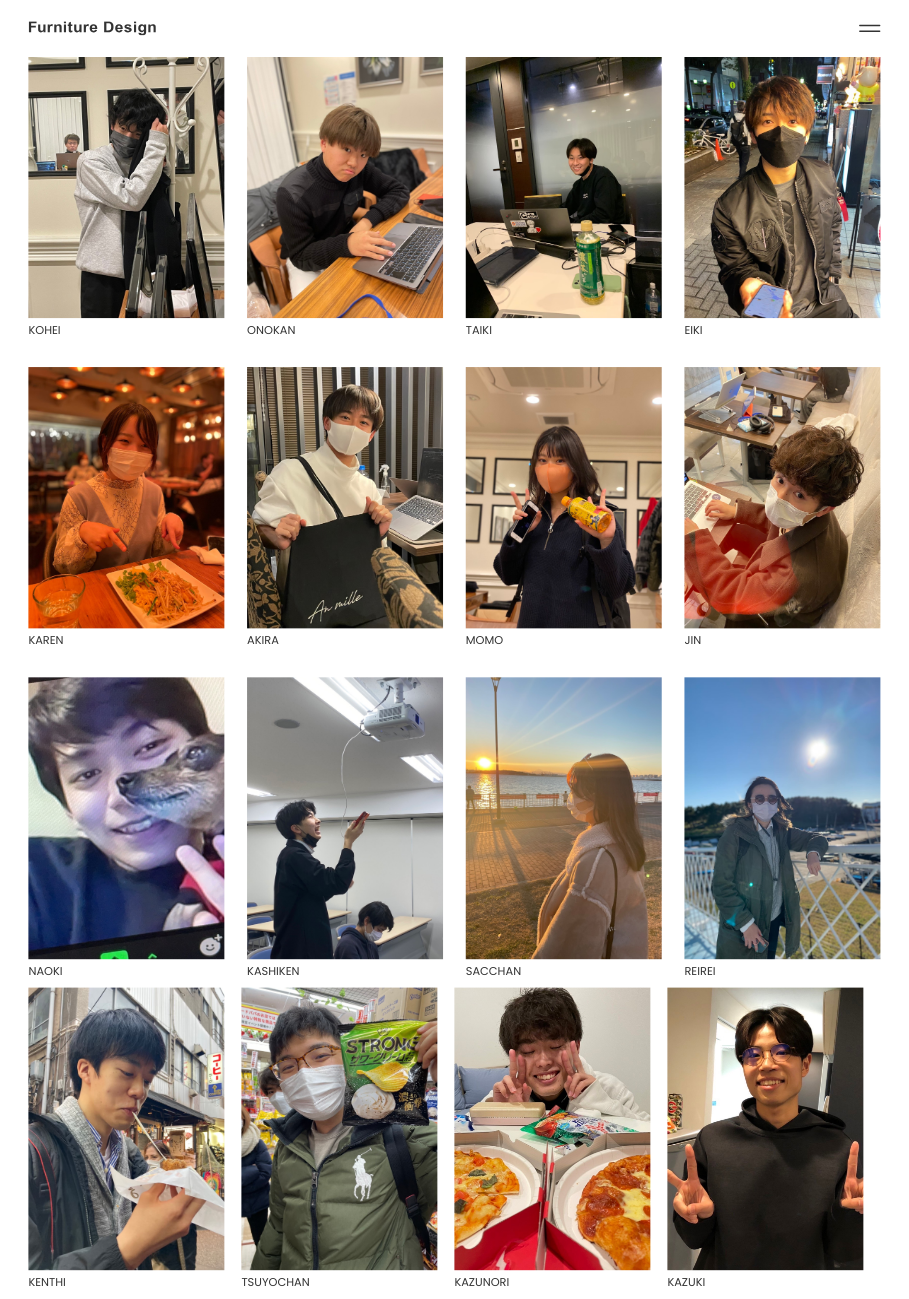
Repository: kohei23n/tenfeet
Page: index.html
An editor plug-in stored every save of this project. The page is shown before and after a run of saves, followed by the edit.
The browser window is 1280 px wide. The pictures show the whole page, at 71% of full size.

Above is the page before, as saved 2022-02-08 23:37:19.

### index.html
<!DOCTYPE html>
<html lang="en">
  <head>
    <meta charset="UTF-8" />
    <meta http-equiv="X-UA-Compatible" content="IE=edge" />
    <meta name="viewport" content="width=device-width, initial-scale=1.0" />
    <link rel="stylesheet" href="style.css" />
    <link
      href="https://fonts.googleapis.com/css?family=Poppins"
      rel="stylesheet"
    />
    <script src="https://ajax.googleapis.com/ajax/libs/jquery/3.5.1/jquery.min.js"></script>
    <title>Moshalympics</title>
  </head>
  <body>
    <header id="header" class="wrapper">
      <h1 class="title">
        <a href="index.html">
          <img src="img/logo.svg" alt="Furniture Design" />
        </a>
      </h1>
      <nav id="nav">
        <ul class="nav_menu">
          <li><a href="">PRODUCTS</a></li>
          <li><a href="">ABOUT</a></li>
          <li><a href="">COMPANY</a></li>
          <li><a href="">CONTACT</a></li>
        </ul>
      </nav>
      <div class="button">
        <span></span>
        <span></span>
      </div>
      <div id="mask"></div>
    </header>

    <main>
      <div id="top" class="wrapper">
        <ul class="product_list">
          <li>
            <a href="/members1/index.html?id=1">
              <img src="/img/1.jpg" alt="1" />
              <p class="name">KOHEI</p>
            </a>
          </li>
          <li>
            <a href="/members1/index.html?id=2">
              <img src="/img/2.jpg" alt="2" />
              <p class="name">ONOKAN</p>
            </a>
          </li>
          <li>
            <a href="/members1/index.html?id=3">
              <img src="/img/3.jpg" alt="3" />
              <p class="name">TAIKI</p>
            </a>
          </li>
          <li>
            <a href="/members1/index.html?id=4">
              <img src="/img/4.jpg" alt="4" />
              <p class="name">EIKI</p>
            </a>
          </li>
          <li>
            <a href="/members1/index.html?id=5">
              <img src="/img/5.jpg" alt="5" />
              <p class="name">KAREN</p>
            </a>
          </li>
          <li>
            <a href="/members1/index.html?id=6">
              <img src="/img/6.jpg" alt="6" />
              <p class="name">AKIRA</p>
            </a>
          </li>
          <li>
            <a href="/members1/index.html?id=7">
              <img src="/img/7.jpg" alt="7" />
              <p class="name">MOMO</p>
            </a>
          </li>
          <li>
            <a href="/members1/index.html?id=8">
              <img src="/img/8.jpg" alt="8" />
              <p class="name">JIN</p>
            </a>
          </li>
        </ul>
      </div>
    </main>

    <div id="top" class="wrapper2">
      <ul class="product_list">
        <div id="member_list_2"></div>
      </ul>
    </div>

    <script src="/main.js"></script>
  </body>
</html>

### style.css
* {
  margin: 0;
  padding: 0;
}



#header {
  width: 100%;
  height: 80px;
  background-color: #fff;
  display: flex;
  align-items: center;
  justify-content: space-between;
  position: fixed;
  left: 0;
  right: 0;
  z-index: 10;
}

.wrapper {
  max-width: 1360px;
  margin: 0 auto;
  padding: 0 40px;
  box-sizing: border-box;
}

h1 {
  display: block;
  font-size: 2em;
  margin-block-start: 0.67em;
  margin-block-end: 0.67em;
  margin-inline-start: 0px;
  margin-inline-end: 0px;
  font-weight: bold;
}

.title a {
  width: 180px;
  line-height: 1px;
  display: block;
}

img {
  max-width: 100%;
}


.open #nav {
  left: 0;
  opacity: 1;
}

#nav {
  opacity: 0;
  position: fixed;
  top: 0;
  left: -300px;
  width: 300px;
  color: #fff;
  padding: 36px 50px;
  transition: all 0.3s;
  z-index: 20;
}


#nav li {
  margin-bottom: 14px;
  list-style: none;
}

#nav a {
  color: #fff;
  text-decoration: none;
  transition: all 0.5s;
}

.button {
  width: 30px;
  height: 30px;
  position: relative;
  transition: all 0.5s;
  cursor: pointer;
  z-index: 20;
}

.button span:nth-child(1) {
  top: 10px;
}

.button span:nth-child(2) {
  bottom: 10px;
}

.button span {
  display: block;
  position: absolute;
  width: 30px;
  height: 2px;
  background-color: #333;
  border-radius: 4px;
  transition: all 0.5s;
}

.open .button span {
  background-color: #fff;
}

.open .button span:nth-child(1) {
  transform: rotate(-45deg) translateY(5px);
}

.open .button span:nth-child(2) {
  transform: rotate(45deg) translateY(-5px);
}

#mask {
  display: none;
  transition: all 0.6s;
}

.open #mask {
  display: block;
  position: fixed;
  top: 0;
  left: 0;
  width: 100%;
  height: 100%;
  background: #000;
  opacity: 0.8;
  z-index: 10;
  cursor: pointer;

}

/* MAIN  */

#top {
  padding-top: 80px;
  /* padding-bottom: 160px; */
}

.product_list {
  display: flex;
  flex-wrap: wrap;
  justify-content: space-between;
}

.product_list li {
  width: 23%;
  margin-bottom: 40px;
  list-style: none;
}

.product_list a {
  color: #333;
  text-decoration: none;
  transition: all 0.5s;
}

.product_list img:hover {
  transition: 0.5s;
  opacity: 0.8;
}

/* NAME */

.name {
  font-family: 'Poppins', sans-serif;
}

.wrapper2{
  padding-top: 0 !important;
  max-width: 1360px;
    margin: 0 auto;
    padding: 0 40px;
    box-sizing: border-box;
}

.image{
  height: 100%;
  object-fit: cover;
}

### main.js
$(function(){

  $('.button').on("click", function() {
    if ($('#header').hasClass('open')) {
      $('header').removeClass('open');
    } else {
      $('header').addClass('open');
    }
  });

  $('#mask').on("click", function() {
    $('header').removeClass('open');
  });
})

let images = ["/img/9.jpg","/img/10.jpg","/img/11.jpg","/img/12.jpg","/img/13.jpg","/img/14.jpg","/img/15.jpg","/img/16.jpg"];
let names = ["NAOKI","KASHIKEN","SACCHAN","REIREI","KENTHI","TSUYOCHAN","KAZUNORI","KAZUKI"];


let content = ''
for(let i =0; i<images.length; i++){
  content +=
`<li>
<a href="/members1/index.html?id=8">
  <img src="${images[i]}" alt="${i}" class="image">
  <p class="name">${names[i]}</p>
</a>
</li>
`};




let content2 = document.getElementById('member_list_2');
content2.insertAdjacentHTML("beforebegin", content)

After the next 3 saves:
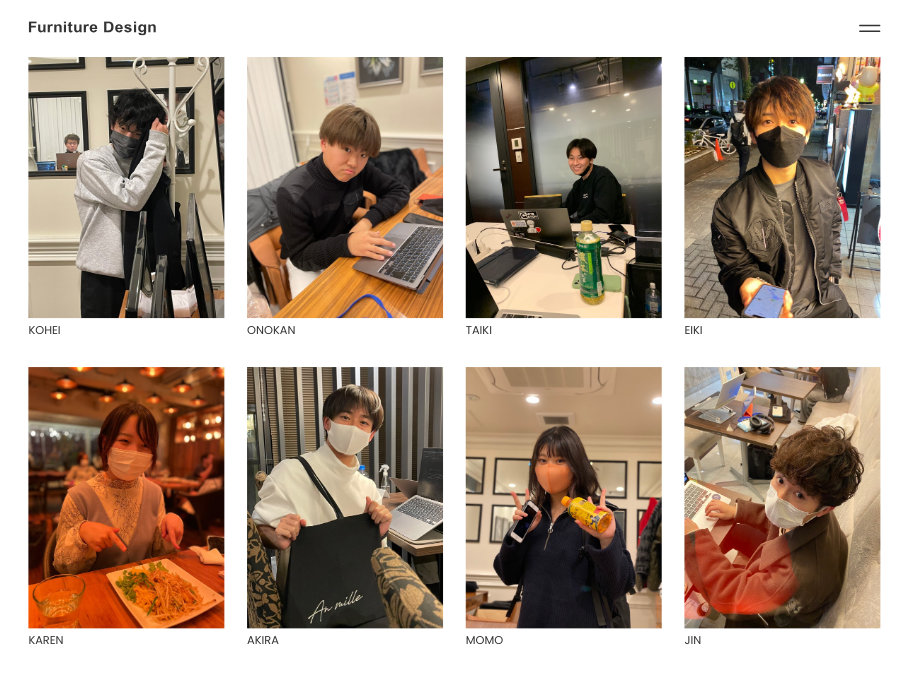
Console error: SyntaxError: Unexpected token '}'
The 3 saves are shown as one change because they came seconds apart.
The last was saved 52 s later.
--- a/main.js
+++ b/main.js
@@ -21,7 +21,7 @@
 for(let i =0; i<images.length; i++){
   content +=
 `<li>
-<a href="/members1/index.html?id=8">
+<a href="/members1/index.html?id=${}">
   <img src="${images[i]}" alt="${i}" class="image">
   <p class="name">${names[i]}</p>
 </a>

After the 3 saves that followed:
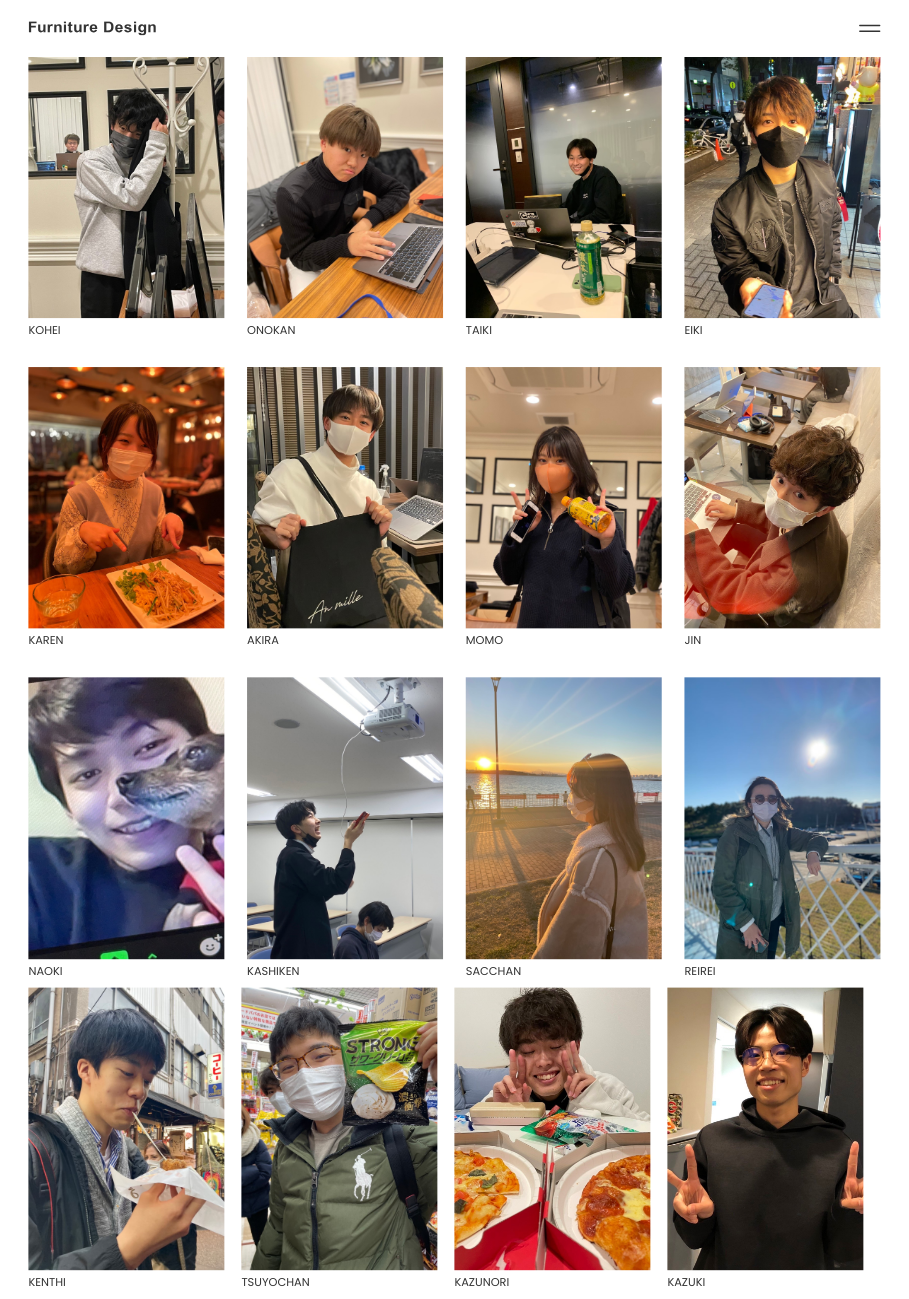
The error is gone.
The 3 saves are shown as one change because they came seconds apart.
The last was saved 11 s later.
--- a/main.js
+++ b/main.js
@@ -21,7 +21,7 @@
 for(let i =0; i<images.length; i++){
   content +=
 `<li>
-<a href="/members1/index.html?id=${}">
+<a href="/members1/index.html?id=${i+8}">
   <img src="${images[i]}" alt="${i}" class="image">
   <p class="name">${names[i]}</p>
 </a>
